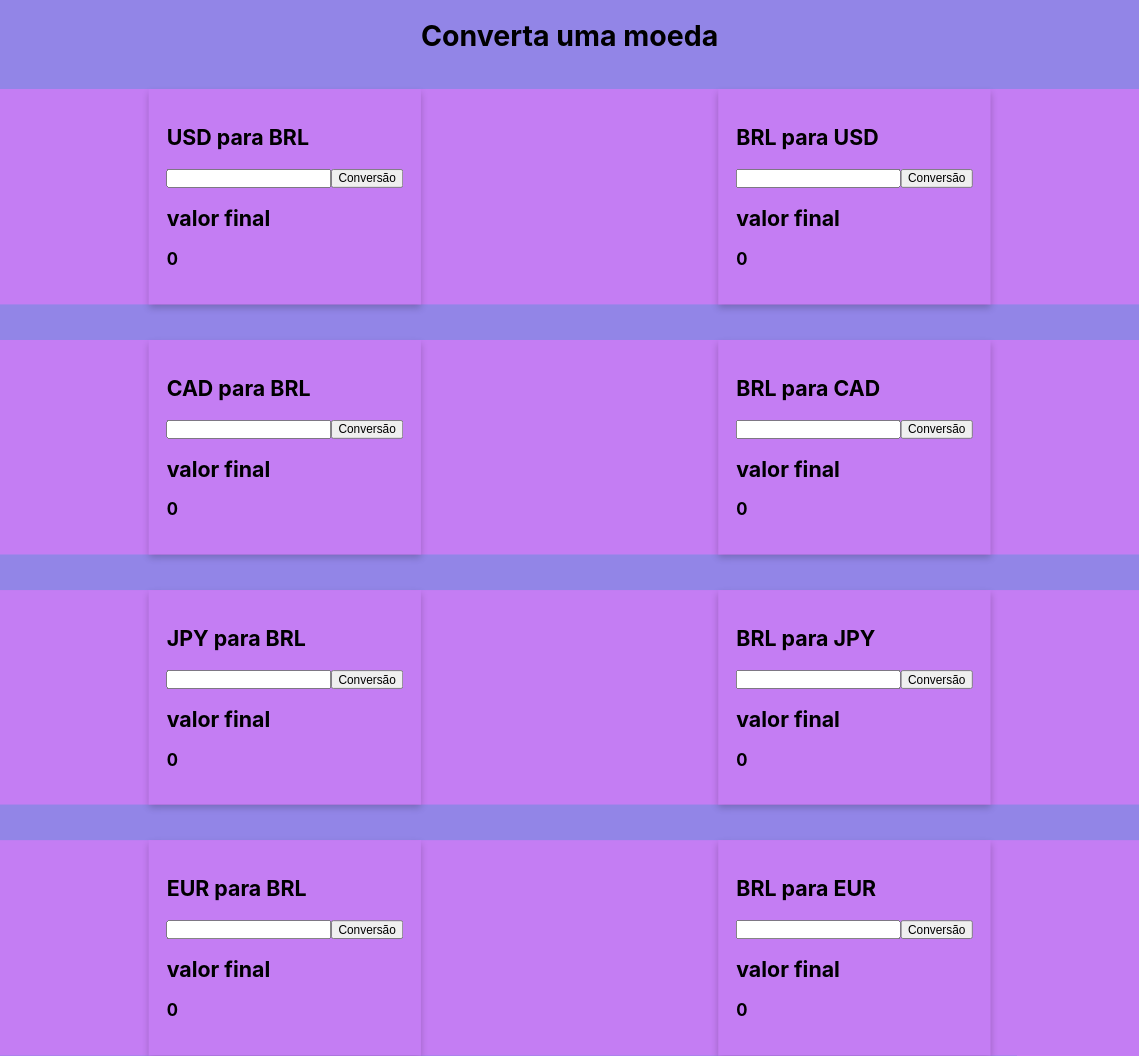
Repository: DeanLemosXD/Currency-converter
Page: /
An editor plug-in stored every save of this project. The page is shown before and after the next save, followed by the edit.
The browser window is 1280 px wide. The pictures show the whole page, at 89% of full size.
The project was rebuilt for these pictures with package versions that can differ from the ones it lists, and the page was loaded fresh each time.

Above is the page before, as saved 2021-10-19 18:26:13.

### src/index.css
body {
  margin: 0;
  font-family: -apple-system, BlinkMacSystemFont, 'Segoe UI', 'Roboto', 'Oxygen',
    'Ubuntu', 'Cantarell', 'Fira Sans', 'Droid Sans', 'Helvetica Neue',
    sans-serif;
  -webkit-font-smoothing: antialiased;
  -moz-osx-font-smoothing: grayscale;
  background-color:rgb(146, 133, 231)
}

code {
  font-family: source-code-pro, Menlo, Monaco, Consolas, 'Courier New',
    monospace;
}

### src/App.js
import './App.css';
import Conversor from './components/Conversor';

function App() {
  return (
    <div className="App">
      <h1>Converta uma moeda</h1>
      <div className="linha">
      <Conversor moedaA="USD" moedaB="BRL"></Conversor>
      <Conversor moedaA="BRL" moedaB="USD"></Conversor>
      </div>
      <div className="linha">
      <Conversor moedaA="CAD" moedaB="BRL"></Conversor>
      <Conversor moedaA="BRL" moedaB="CAD"></Conversor>
      </div>
      <div className="linha">
      <Conversor moedaA="JPY" moedaB="BRL"></Conversor>
      <Conversor moedaA="BRL" moedaB="JPY"></Conversor>
      </div>
      <div className="linha">
      <Conversor moedaA="EUR" moedaB="BRL"></Conversor>
      <Conversor moedaA="BRL" moedaB="EUR"></Conversor>
      </div>
    </div>
  );
}

export default App;

### src/App.css
.linha{
    display:flex;
    margin-top:  40px;
    justify-content: space-around;
    background-color:rgb(196, 125, 243)

}

h1{

    text-align: center;
}

.app{
    margin: auto;
    max-width: 900px;
}

### src/components/Conversor.js
import React, { Component } from 'react'
import './conversor.css'
export default class Conversor extends Component {

    // eslint-disable-next-line no-useless-constructor
    constructor(props){
        super(props);

        this.state = {
            moedaA_Valor:"",
            moedaB_Valor:0,

        }

        this.converter = this.converter.bind(this)
    }

    converter(){

        let de_para = `${this.props.moedaA}_${this.props.moedaB}`;
        let url = `http://free.currconv.com/api/v7/convert?q=${de_para}&compact=ultra&apiKey=0d7e32903cad9cf7460c`
        //console.log(url)
        fetch(url).then(res=>{
            return res.json()
        })
        .then(json=>{

            let cotacao = json[de_para];
            let moedaB_Valor = (parseFloat(this.state.moedaA_Valor) * cotacao).toFixed(2)
            this.setState({moedaB_Valor})
        })
    }
    render(){
        return (
            <div className="conversor">
                <h2>{this.props.moedaA} para {this.props.moedaB}</h2>
                <input type="text" onChange={(event)=>{this.setState({moedaA_Valor:event.target.value})}}></input>
                <input type="button" value="Conversão" onClick={this.converter}></input>
                <h2>valor final</h2>
                <h3>{this.state.moedaB_Valor}</h3>
            </div>
        )
    }
}

### src/components/conversor.css
.conversor{
        padding: 20px;
        max-width: 300px;
        box-shadow: 0 4px 8px 0 rgba(0, 0, 0, 0.2);
        background-color: rgb(196, 125, 243);
}

Loaded but not shown: public/index.html (common file); src/index.js (common file); src/reportWebVitals.js (common file)

After the next save:
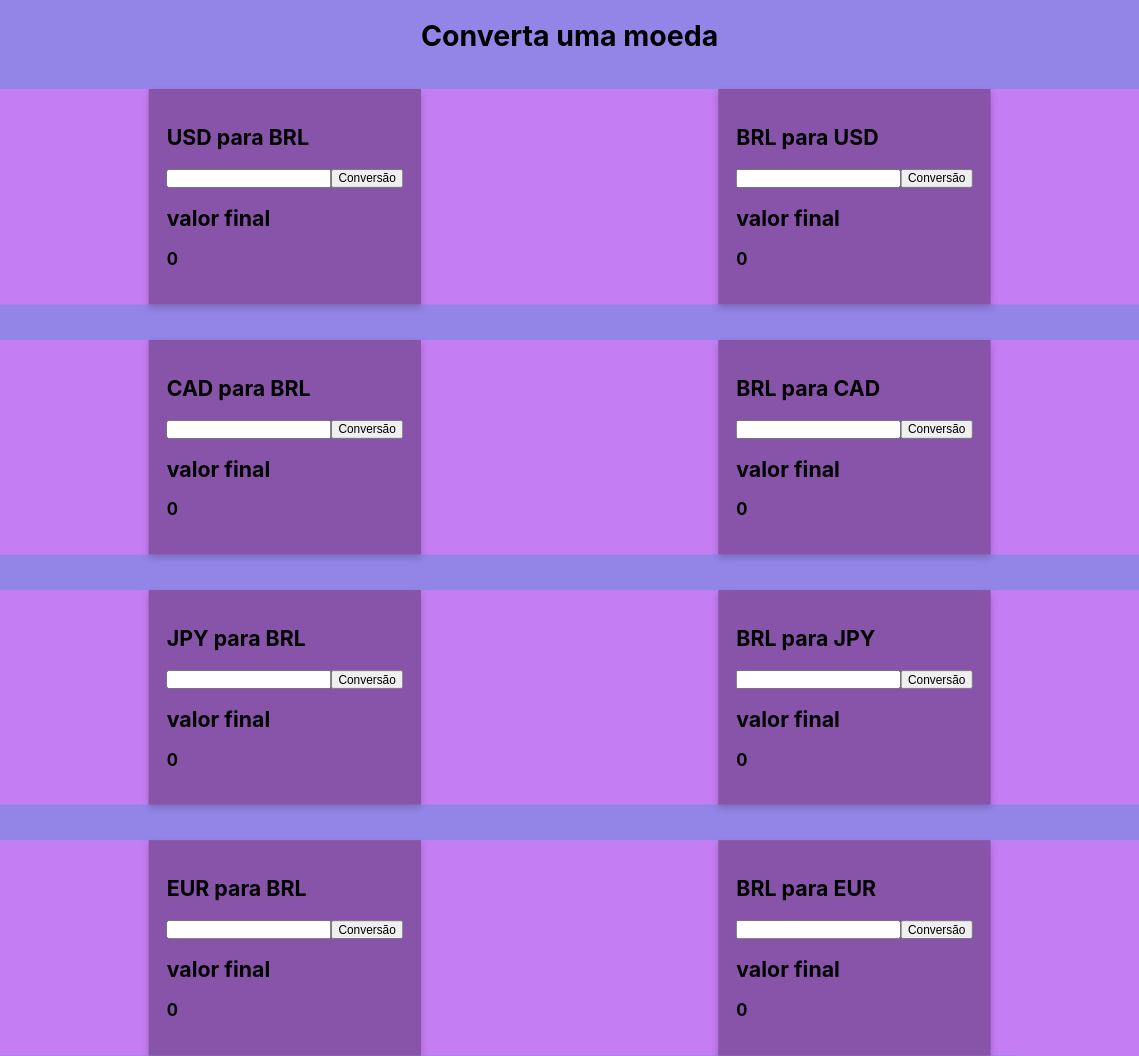
Saved 6 s later.
--- a/src/components/conversor.css
+++ b/src/components/conversor.css
@@ -2,5 +2,5 @@
         padding: 20px;
         max-width: 300px;
         box-shadow: 0 4px 8px 0 rgba(0, 0, 0, 0.2);
-        background-color: rgb(196, 125, 243);
+        background-color: rgb(136, 84, 170);
 }
